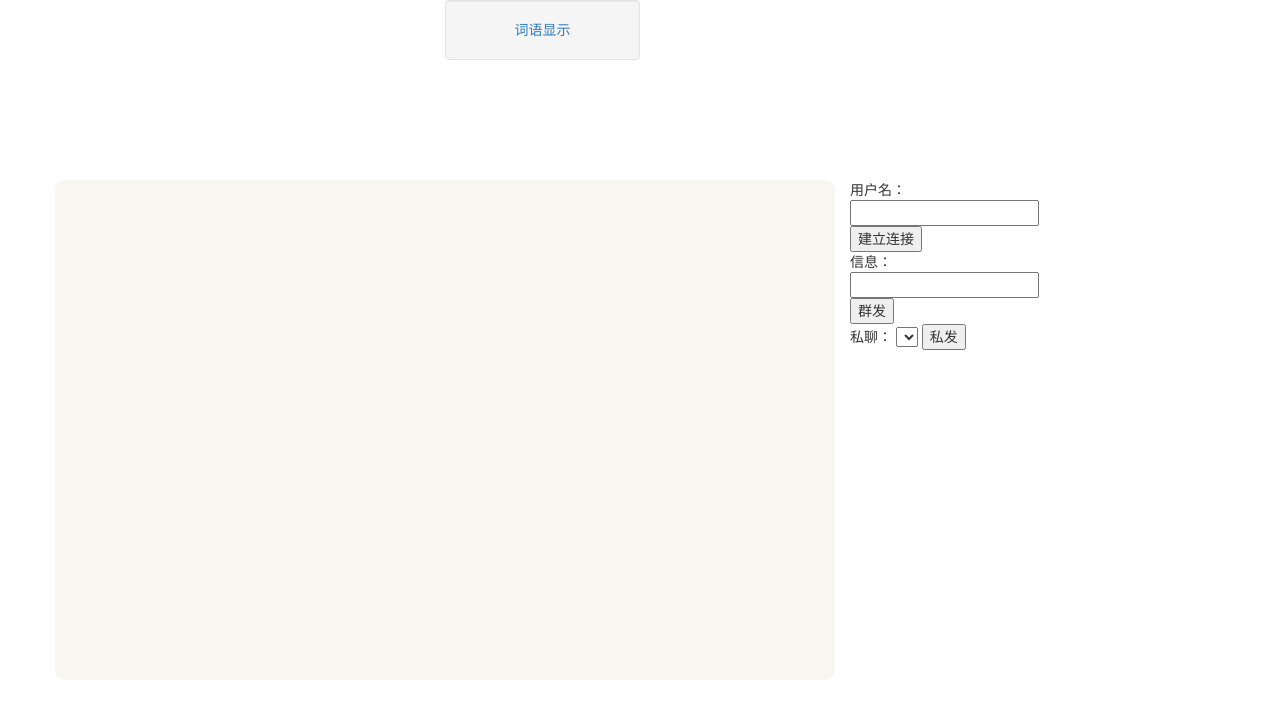
Repository: eheihaha2/whoisthespy-
Page: webDemo/WebContent/room.html
These files come from the project's save history. The page is drawn as it stood at one moment and after the next save; the edit follows.
The browser window is 1280 px wide. The pictures show the whole page.

Above is the page before, as saved 2020-02-26 01:49:16.

After the next save:
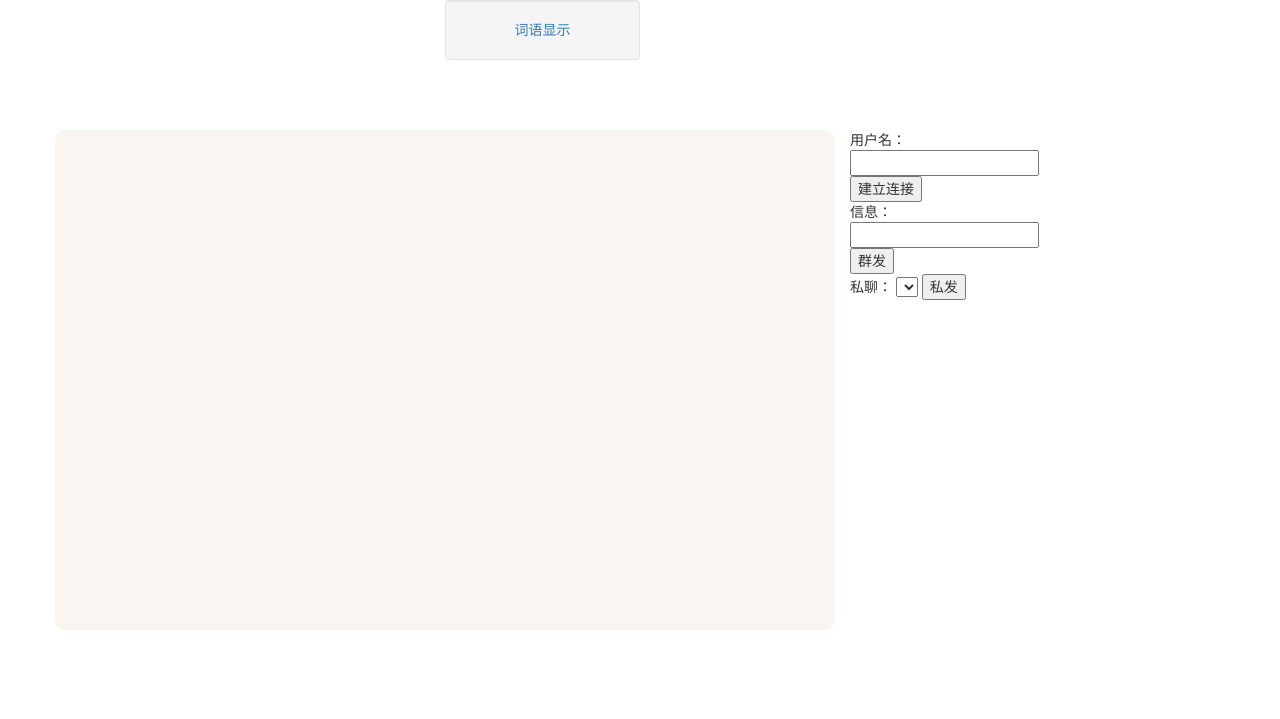
Saved 76 s later.
--- a/webDemo/WebContent/room.html
+++ b/webDemo/WebContent/room.html
@@ -9,12 +9,12 @@
 			margin-right:0;
 			background-color:#f9f6f2;
 			height: 500px;
-			margin-top:100px;
+			margin-top:50px;
 			border-radius: 10px;
 		}
 		.mss{
 			margin-right:0;
-			margin-top:100px;
+			margin-top:50px;
 			border-radius: 10px;
 		}
 }
